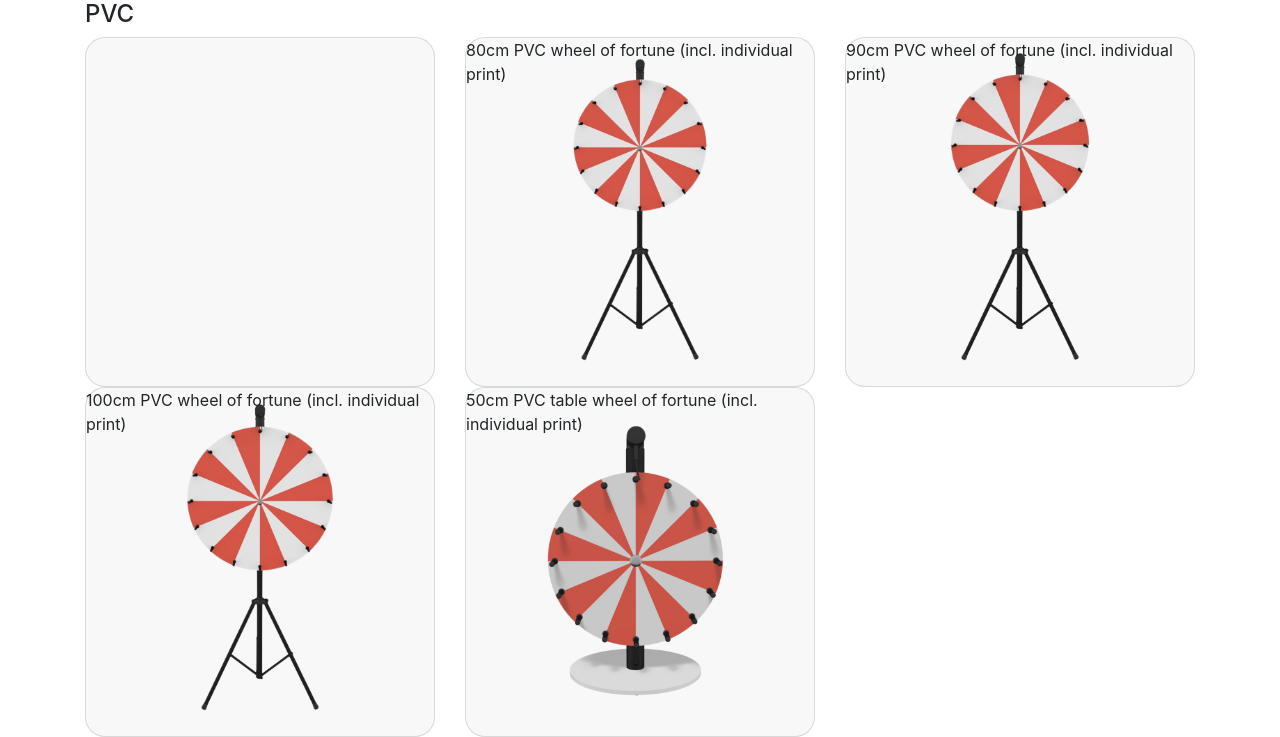
Repository: Awaisp-irfan/fahad-project
Page: pvc.html
An editor plug-in stored every save of this project. The page is shown before and after the next save, followed by the edit.
The browser window is 1280 px wide. The pictures show the whole page.

Above is the page before, as saved 2022-06-30 08:57:52.

After the next save:
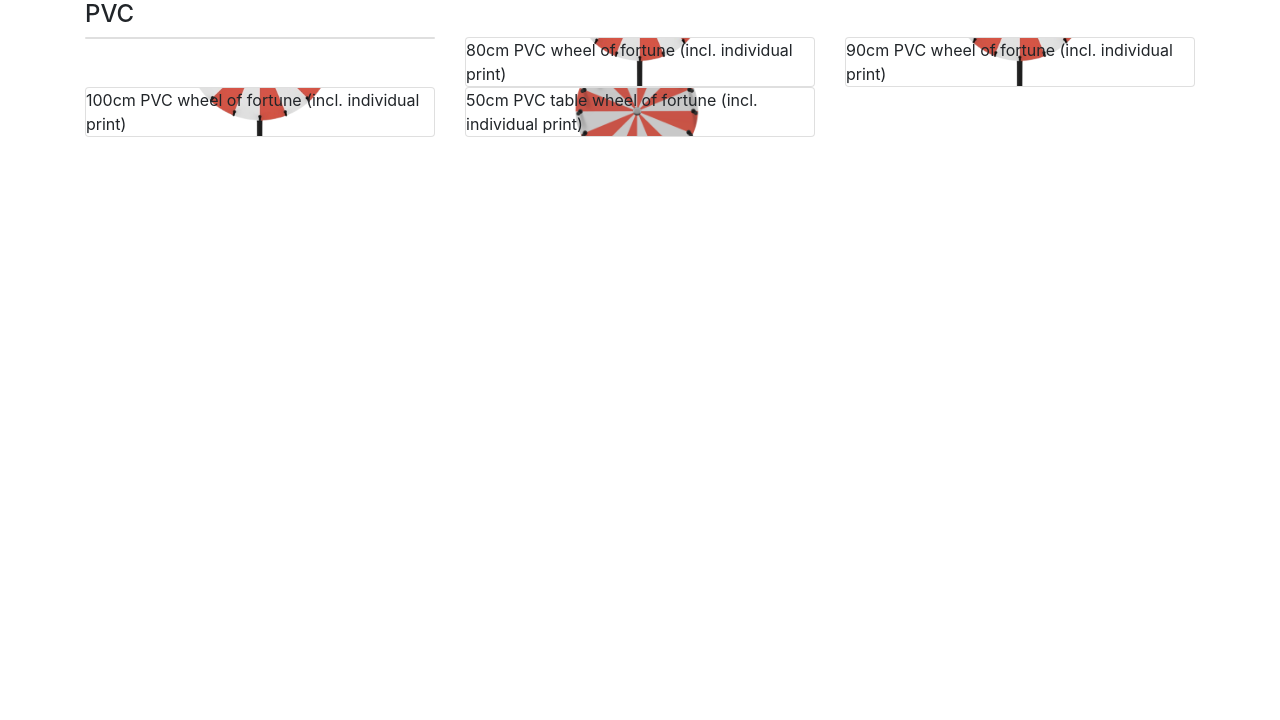
Saved 33 s later.
--- a/style.css
+++ b/style.css
@@ -11,7 +11,7 @@
     height: 400px;
     border-radius: 20px;
 }
-.col-lg-4>.card{
+.card > .img-div{
     height: 350px;
     border-radius: 20px;
     background-color: rgb(248, 248, 248);
